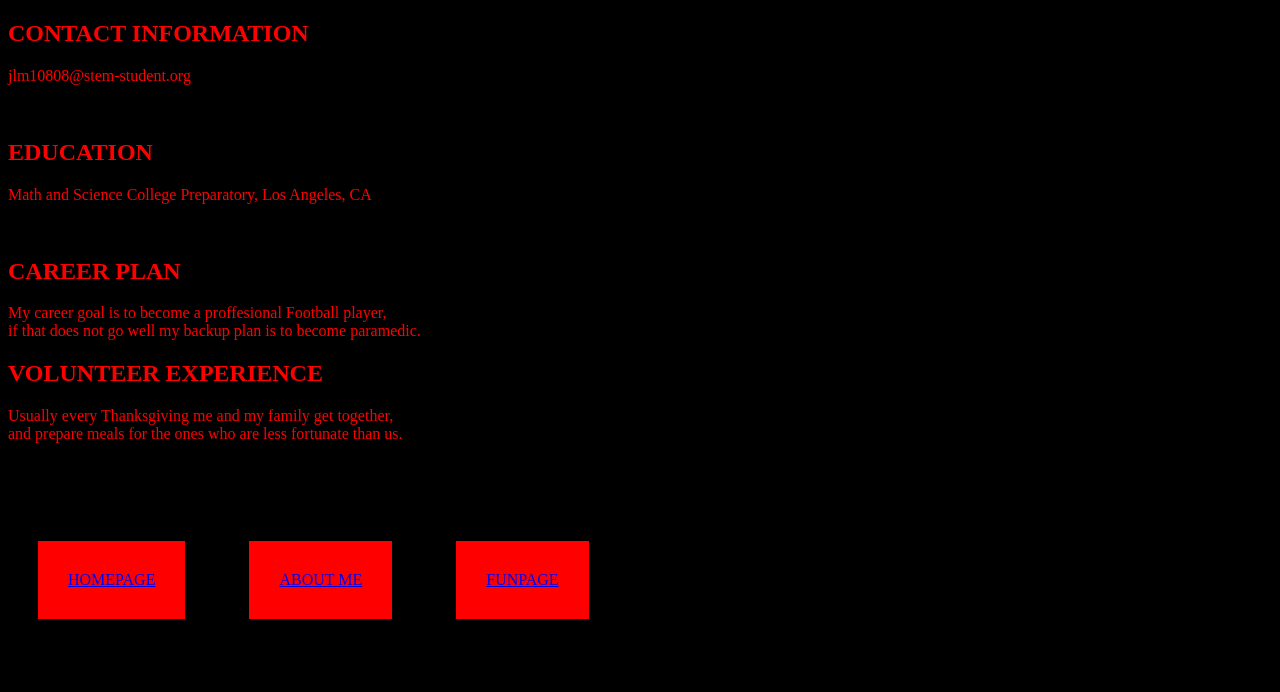
Repository: jlm10808/jlm10808.github.io
Page: RESUME.html
The author's editor kept a record of every edit. The page is drawn from the files as they stood at one moment, then again after the next edit.
The browser window is 1280 px wide. The pictures show the whole page.

Above is the page before.

After the next edit:
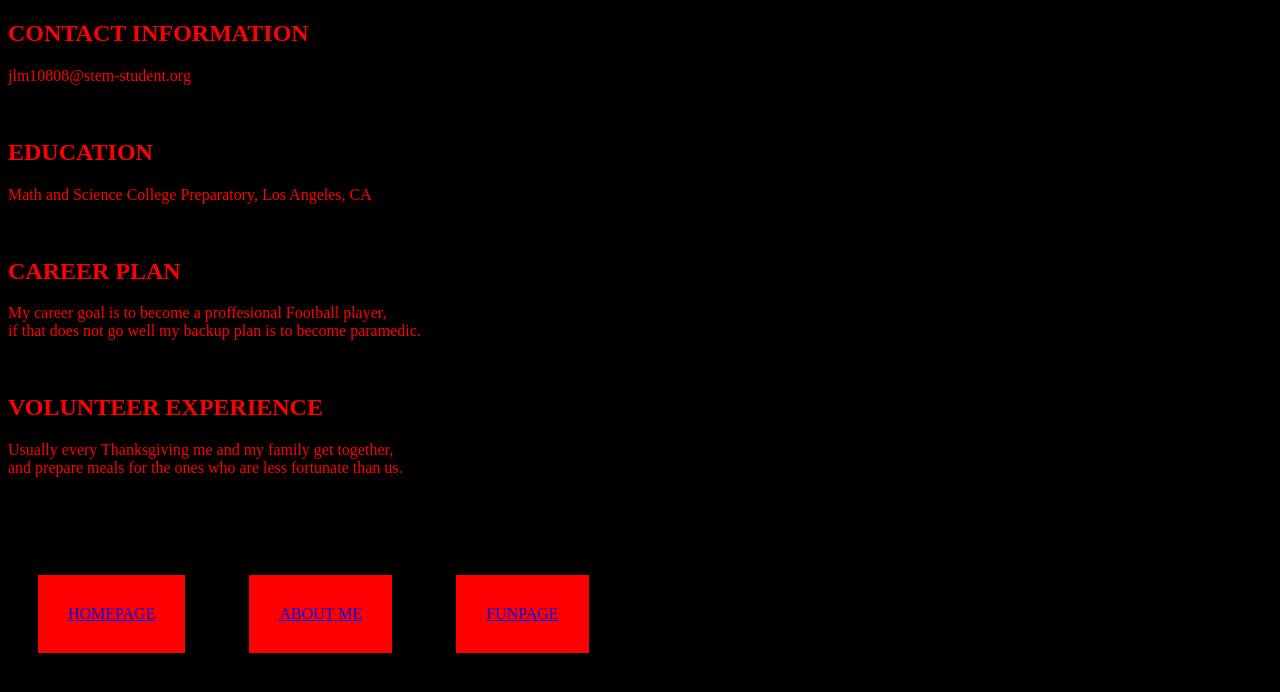
The edit:
--- a/RESUME.html
+++ b/RESUME.html
@@ -12,7 +12,7 @@
 <p>Math and Science College Preparatory, Los Angeles, CA</p><br>
 
 <h2>CAREER PLAN</h2>
-<p>My career goal is to become a proffesional Football player,<br> if that does not go well my backup plan is to become paramedic.</p>
+<p>My career goal is to become a proffesional Football player,<br> if that does not go well my backup plan is to become paramedic.</p><br>
 
   <h2>VOLUNTEER EXPERIENCE</h2>
   <p>Usually every Thanksgiving me and my family get together,<br> and prepare meals for the ones who are less fortunate than us.</p>
